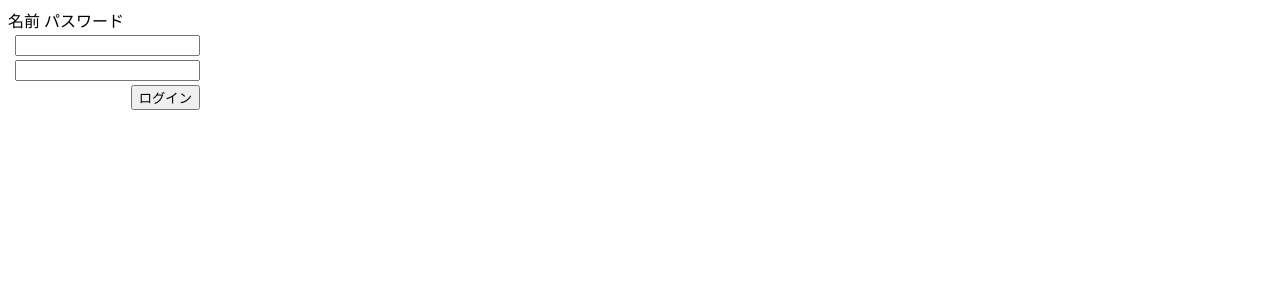
Repository: fujita0830/learning
Page: http://localhost/login/
An editor plug-in stored every save of this project. The page is shown before and after the next save, followed by the edit.
The browser window is 1280 px wide. The pictures show the whole page.
The page is served by Tomcat 9.

Above is the page before, as saved 2018-12-20 06:23:58.

After the next save:
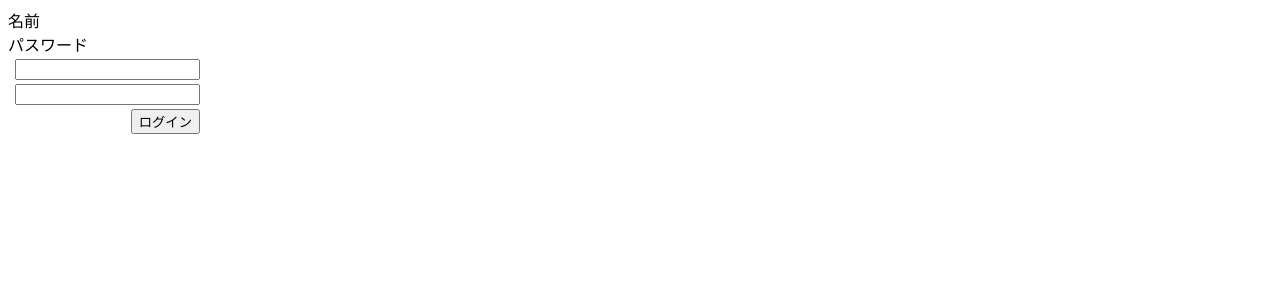
Saved 43 s later.
--- a/login/WebContent/login.jsp
+++ b/login/WebContent/login.jsp
@@ -11,7 +11,7 @@
     <s:form action="LoginAction">
       名前
       <s:textfield name="name"/>
-      パスワード
+      <br>パスワード
       <s:password name="password"/>
       <s:submit value="ログイン"/>
     </s:form>

After the save that followed:
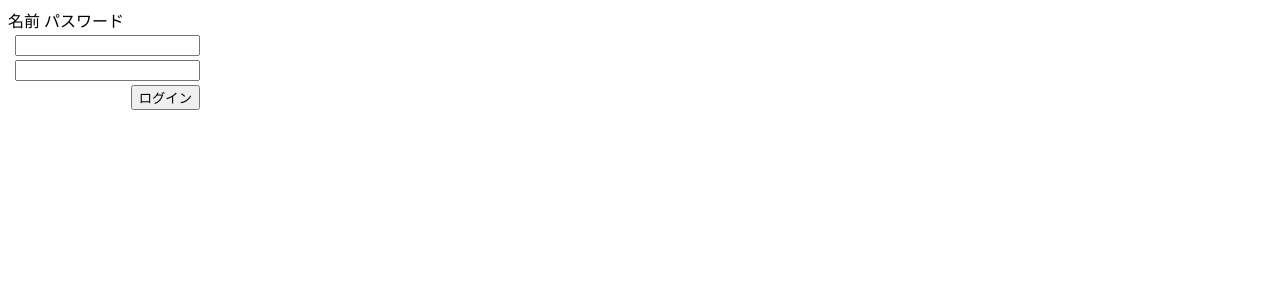
Saved 3 min 3 s later.
--- a/login/WebContent/login.jsp
+++ b/login/WebContent/login.jsp
@@ -11,7 +11,7 @@
     <s:form action="LoginAction">
       名前
       <s:textfield name="name"/>
-      <br>パスワード
+      パスワード
       <s:password name="password"/>
       <s:submit value="ログイン"/>
     </s:form>
